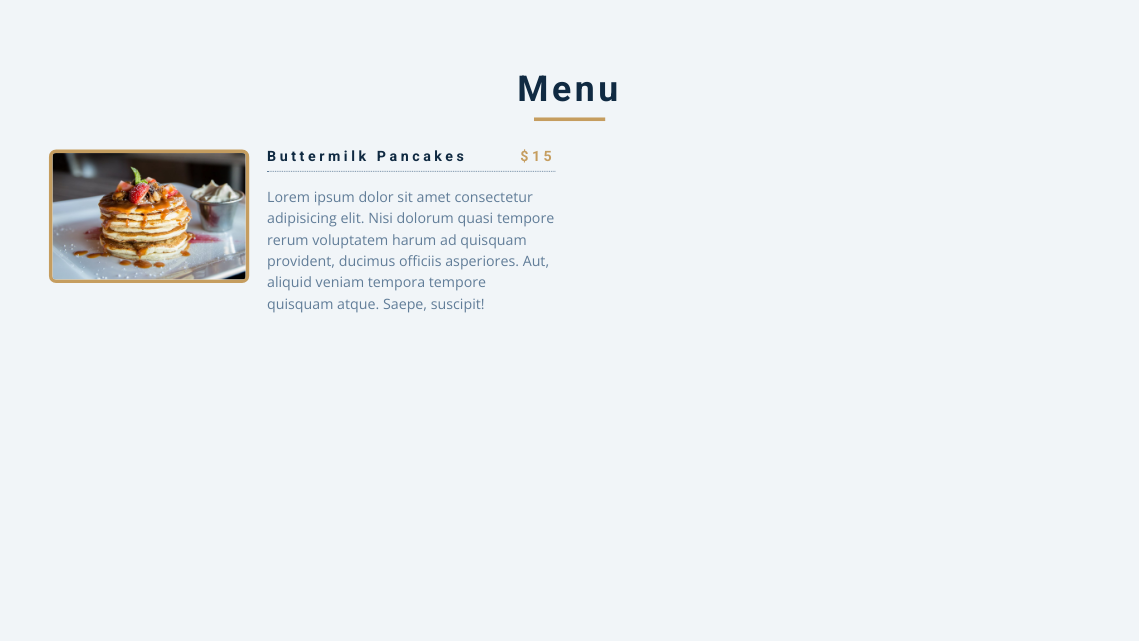
Repository: spidero7/Menu
Page: index.html
An editor plug-in stored every save of this project. The page is shown before and after a run of saves, followed by the edit.
The browser window is 1280 px wide. The pictures show the whole page, at 89% of full size.
Some web libraries are served in a nearby version.

Above is the page before, as saved 2021-10-02 07:17:21.

After the next 3 saves:
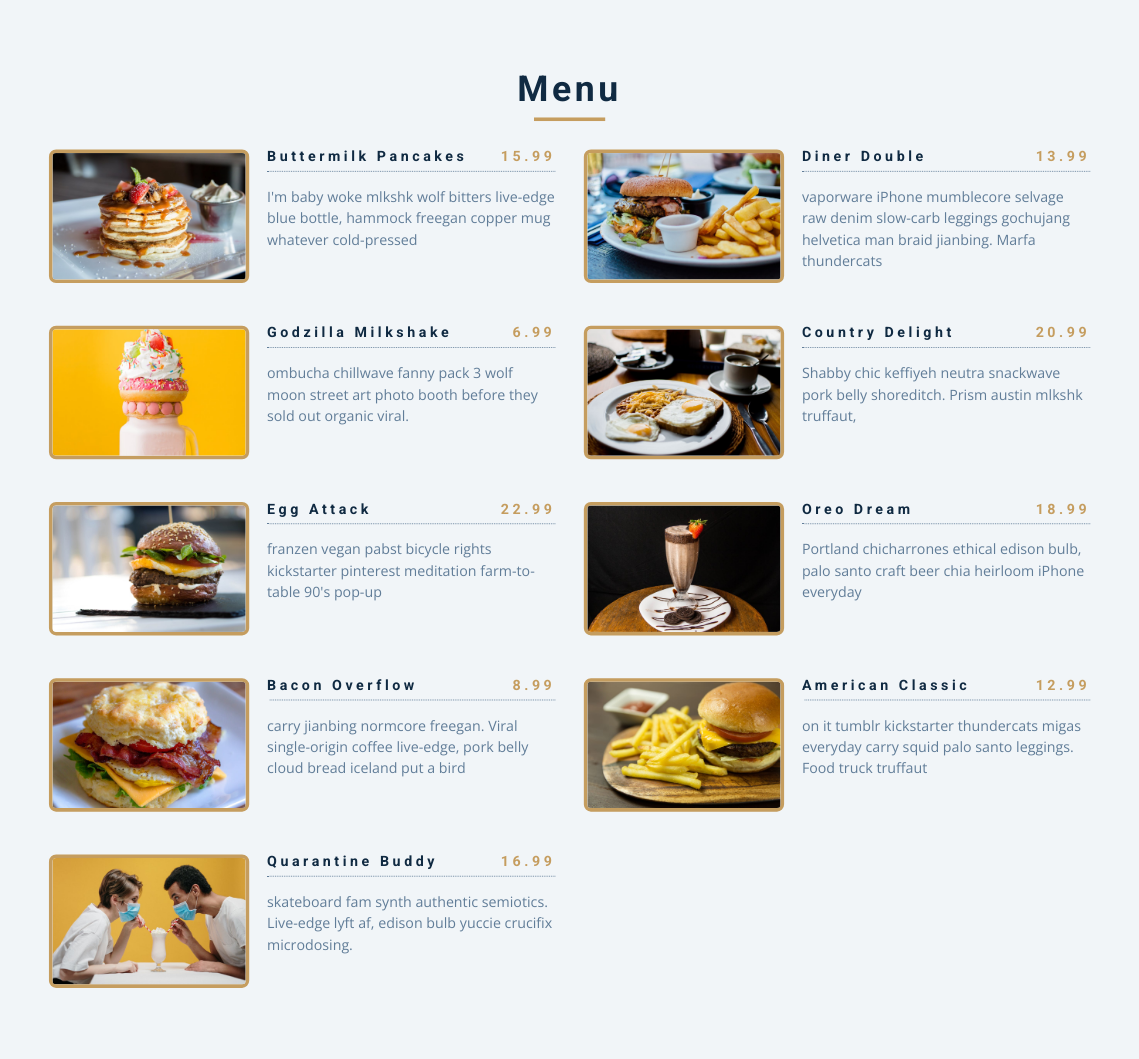
The 3 saves are shown as one change because they came seconds apart.
The last was saved 9 s later.
--- a/app.js
+++ b/app.js
@@ -89,5 +89,5 @@
 </article>`;
   });
   displayMenu = displayMenu.join("");
-
+  sectionCenter.innerHTML = displayMenu
 });

After the 4 saves that followed:
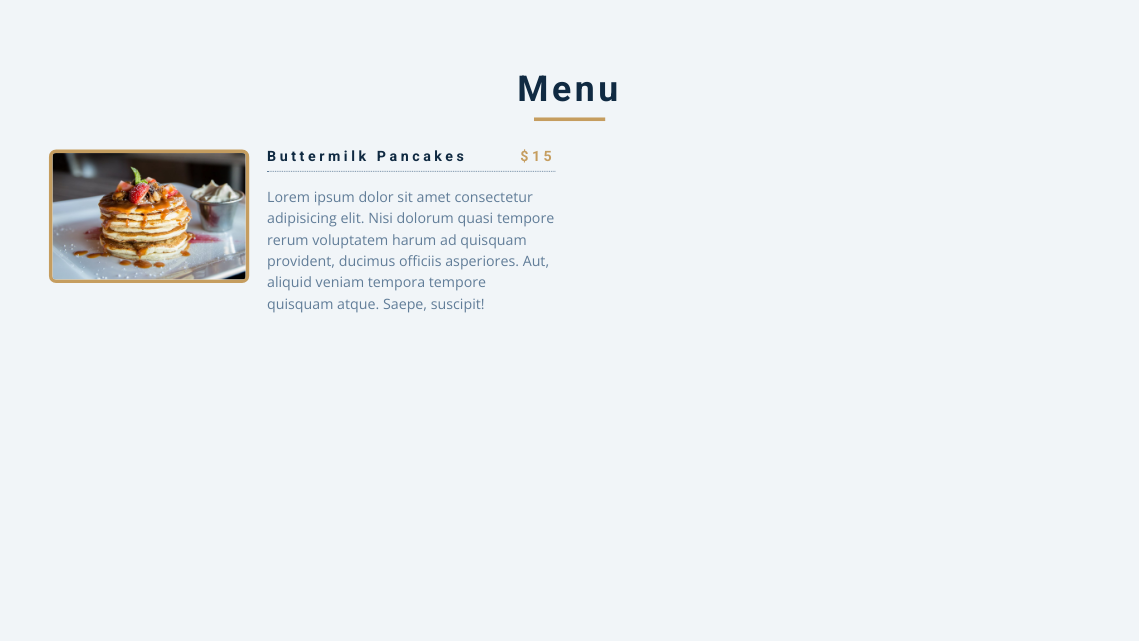
Console error: SyntaxError: Unexpected end of input
The 4 saves are shown as one change because they came seconds apart.
The last was saved 5 min 32 s later.
--- a/app.js
+++ b/app.js
@@ -91,3 +91,5 @@
   displayMenu = displayMenu.join("");
   sectionCenter.innerHTML = displayMenu
 });
+
+function displayMenuItems()
